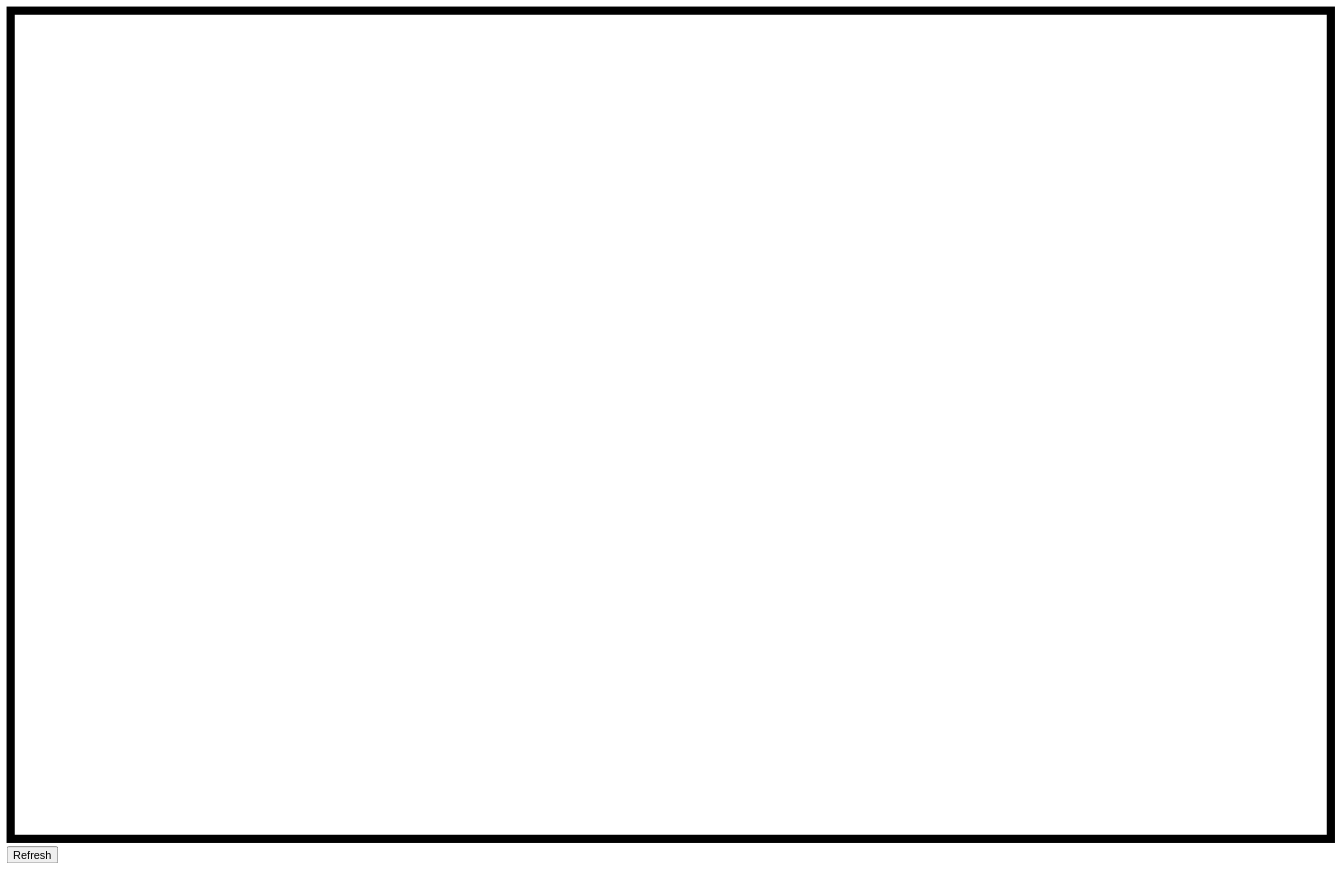
Repository: spidero7/Sketch-Canva
Page: index.html
An editor plug-in stored every save of this project. The page is shown before and after a run of saves, followed by the edit.
The browser window is 1280 px wide. The page is 1628 px wide, so the pictures cover 1628 px, including what lies to the right of the window. The pictures show the whole page, at 82% of full size.

Above is the page before, as saved 2021-09-05 07:30:20.

### index.html
<!DOCTYPE html>
<html lang="en">
<head>
    <meta charset="UTF-8">
    <meta http-equiv="X-UA-Compatible" content="IE=edge">
    <meta name="viewport" content="width=device-width, initial-scale=1.0">
    <title>Document</title>
    <link rel="stylesheet" href="style.css">
</head>
<body>
    <div class="canvasWrap">
        <canvas width="1600" height="1000" id="etch-a-sketch"></canvas>
        <div class="buttons">
            <button class="refresh-btn">Refresh</button>
        </div>
    </div>
    <script src="script.js"></script>
</body>
</html>

### style.css


canvas {
    border: solid 10px;
}

Loaded but not shown: script.js (no stored copy; drawn as an empty file)

After the next 3 saves:
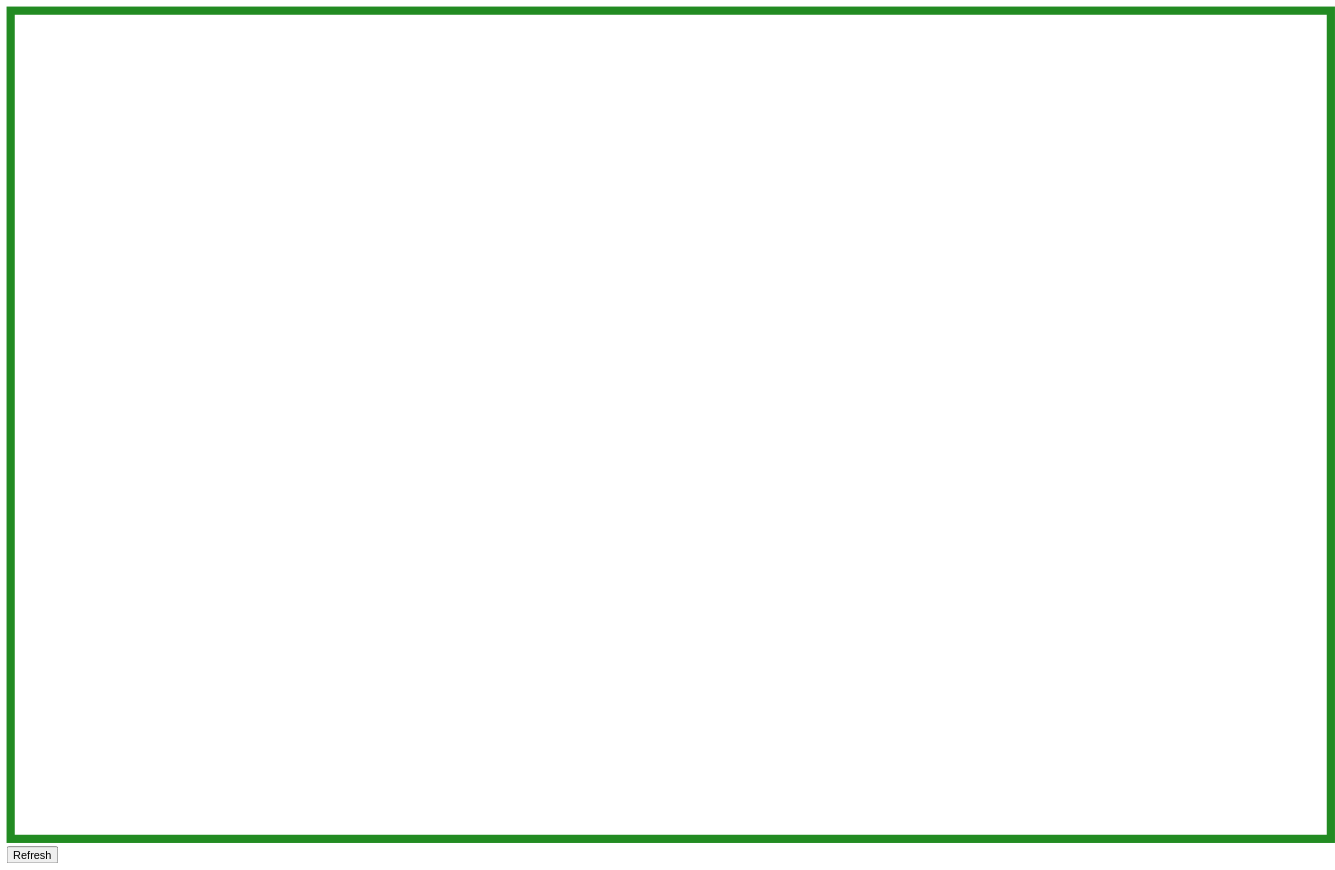
The 3 saves are shown as one change because they came seconds apart.
The last was saved 51 s later.
--- a/style.css
+++ b/style.css
@@ -1,5 +1,5 @@
 
 
 canvas {
-    border: solid 10px;
+    border: solid 10px forestgreen;
 }
